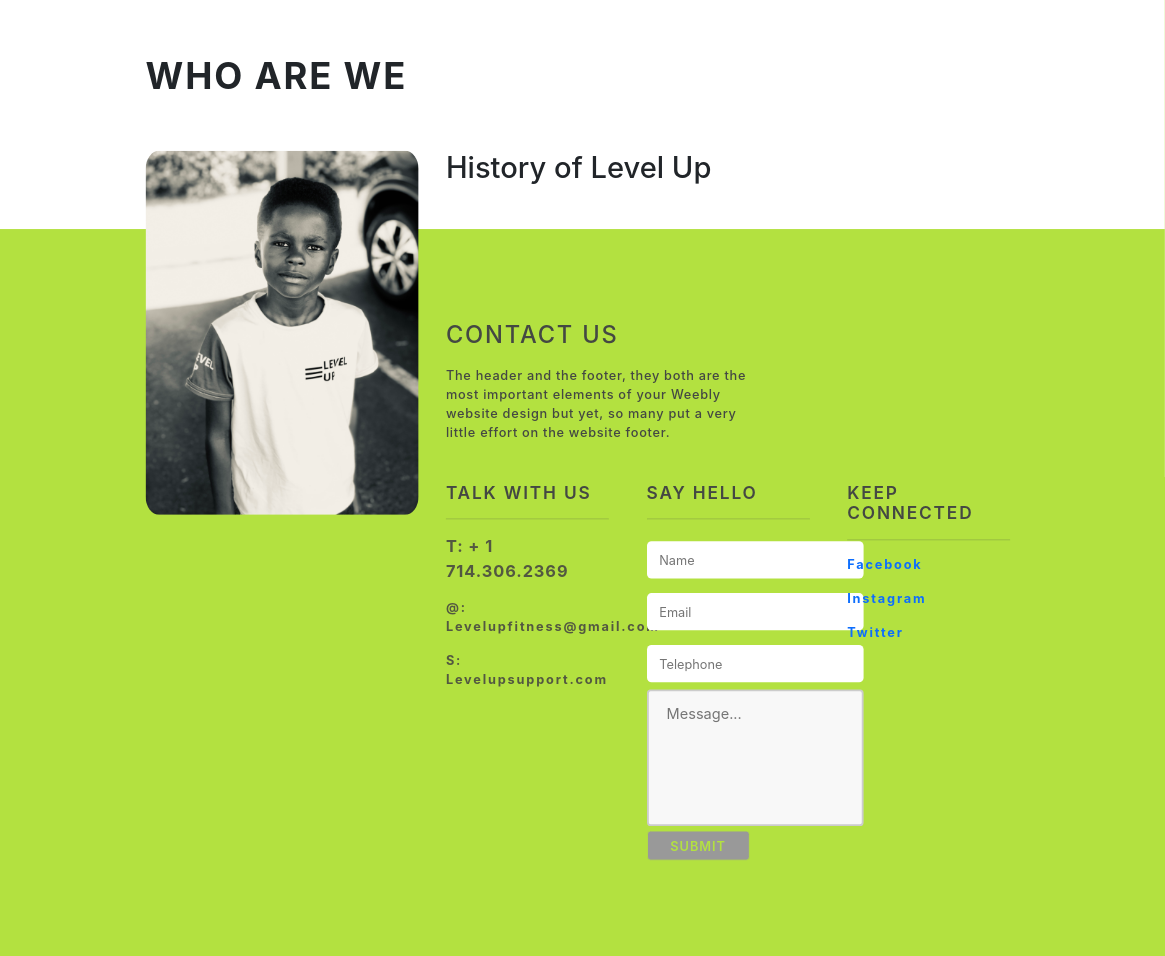
Repository: Bojurie/Level-up
Page: /about (app in client/)
The author's editor kept a copy of each file at every save. The page is drawn from the files as they stood at one save, then again after the next save.
The browser window is 1280 px wide. The pictures show the part of the page from y = 314 to 1441 px (the page is 1365 px tall before and 1441 px after), at 91% of full size.
Some web fonts or font styles are not loaded; a fallback is used. Some web libraries are served in a nearby version. The project was rebuilt for these pictures with package versions that can differ from the ones it lists, and the page was loaded fresh each time. Also part of the build but not shown: client/src/components/Carousel.js, client/src/components/HomeVlog.css, client/src/components/HomeVlog.js, client/src/components/homeProducts.css, client/src/components/HomeProducts.js, client/src/components/Card.js, client/src/components/HomeShop.css, client/src/components/HomeShop.js and 10 more. Imported but missing from the stored project, and not drawn on this page: client/src/components/Chart.

Above is the page before, as saved 2022-11-30 06:28:02.

After the next save:
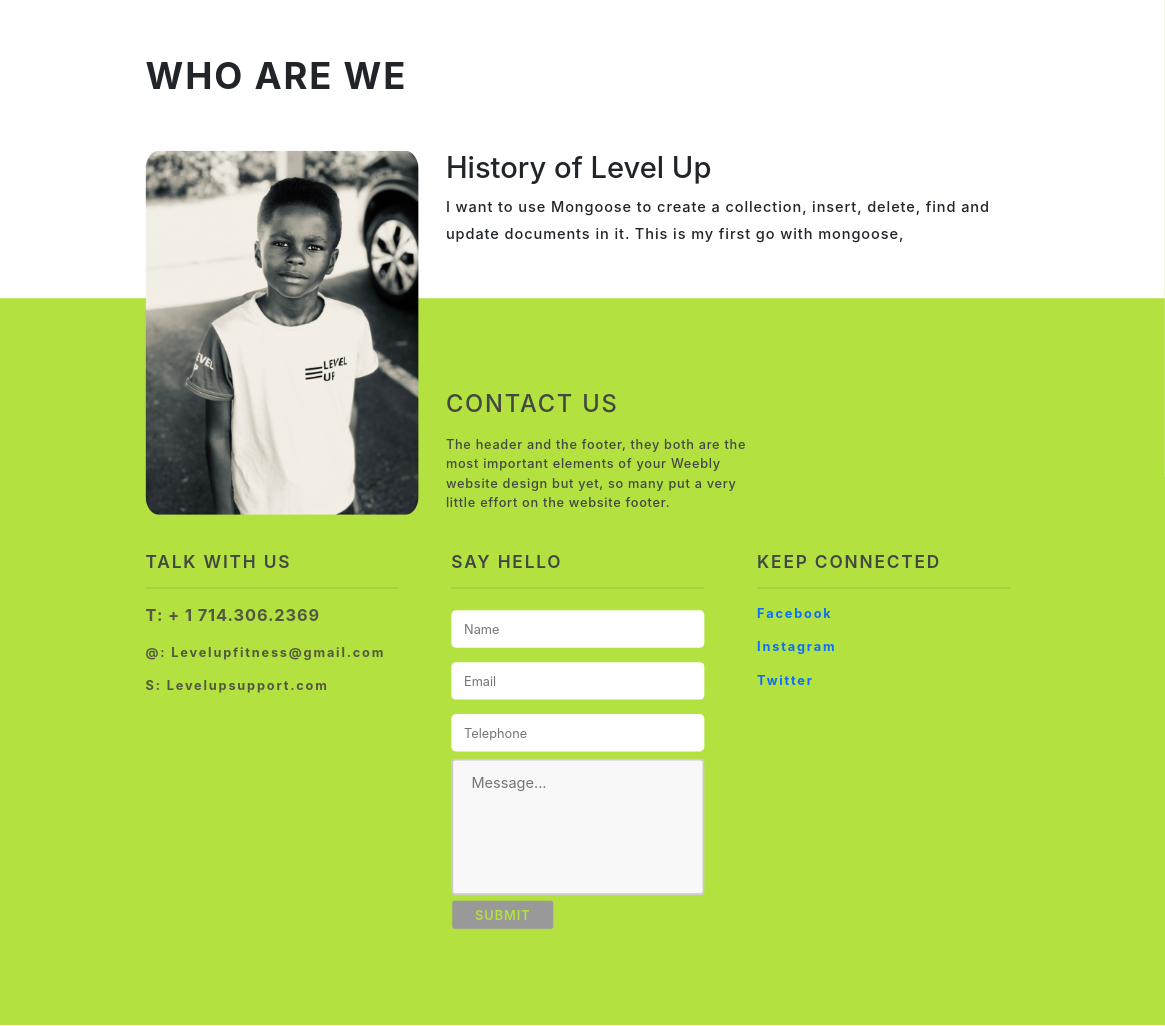
Saved 22 min 37 s later.
--- a/client/src/pages/About.js
+++ b/client/src/pages/About.js
@@ -22,6 +22,7 @@ const About = () => {
                         </div>
                         <div className='history-content'>
                           <h2>History of Level Up</h2>
+                          <p>I want to use Mongoose to create a collection, insert, delete, find and update documents in it. This is my first go with mongoose,</p>
                         </div>
                     </div>
                     <div className='AboutGoal'>
